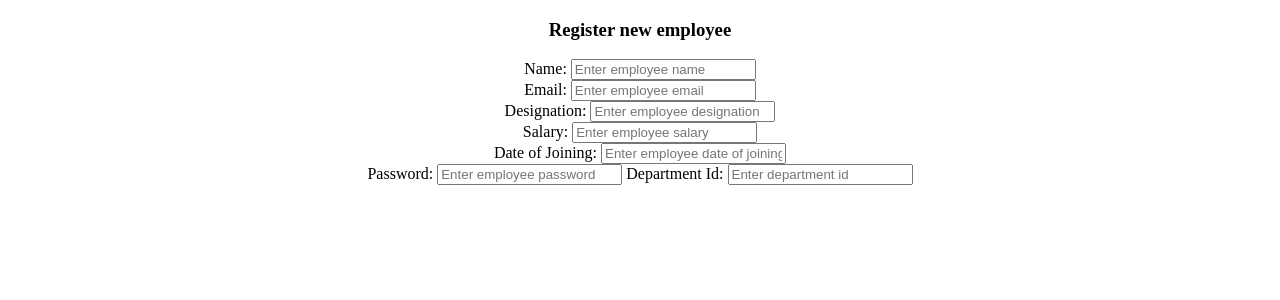
Repository: ArmanAli-cmd/EmployeeProjectDepartmentApplication
Page: http://localhost/EmployeeProjectDepartmentMVCApplication/views/employee-signup.jsp
These files come from the project's save history. The page is drawn as it stood at one moment and after the next save; the edit follows.
The browser window is 1280 px wide. The pictures show the whole page.
The page is served by Tomcat 9. Other server files are loaded and not shown.

Above is the page before, as saved 2024-01-17 11:05:45.

### EmployeeProjectDepartmentMVCApplication/src/main/webapp/views/employee-signup.jsp
<%@ page language="java" contentType="text/html; charset=ISO-8859-1"
    pageEncoding="ISO-8859-1"%>
<!DOCTYPE html>
<html>
<head>
<meta charset="ISO-8859-1">
<title>Employee Sign Up Page</title>
</head>
<body style="text-align: center;">
<h3>Register new employee</h3>
<form action="/employees/add" method="post">
Name: <input type="text" name="name" placeholder="Enter employee name" required><br>
Email: <input type="email" name="email" placeholder="Enter employee email" required><br>
Designation: <input type="text" name="designation" placeholder="Enter employee designation" required><br>
Salary: <input type="text" name="salary" placeholder="Enter employee salary" required="required"><br>
Date of Joining: <input type="text" name="doj" placeholder="Enter employee date of joining" required><br>
Password: <input type="password" placeholder="Enter employee password" required>
Department Id: <input type="number" placeholder="Enter department id" required>
</form>

</body>
</html>

After the next save:
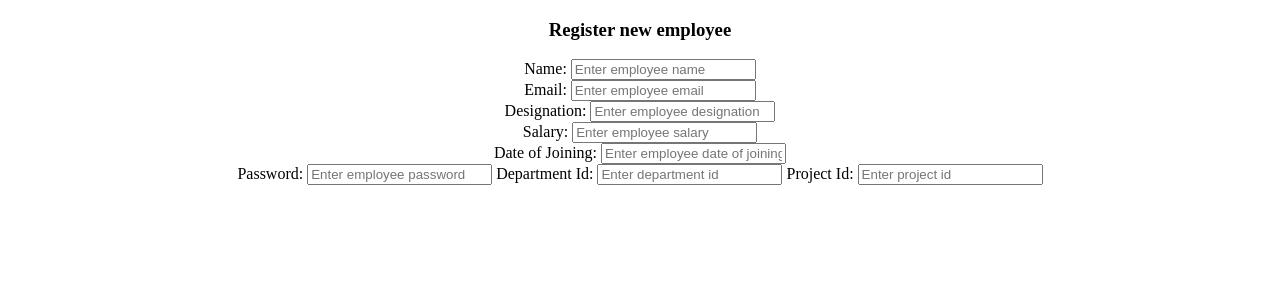
Saved 21 s later.
--- a/EmployeeProjectDepartmentMVCApplication/src/main/webapp/views/employee-signup.jsp
+++ b/EmployeeProjectDepartmentMVCApplication/src/main/webapp/views/employee-signup.jsp
@@ -16,6 +16,7 @@ Salary: <input type="text" name="salary" placeholder="Enter employee salary" req
 Date of Joining: <input type="text" name="doj" placeholder="Enter employee date of joining" required><br>
 Password: <input type="password" placeholder="Enter employee password" required>
 Department Id: <input type="number" placeholder="Enter department id" required>
+Project Id: <input type="number" placeholder="Enter project id" required>
 </form>
 
 </body>
